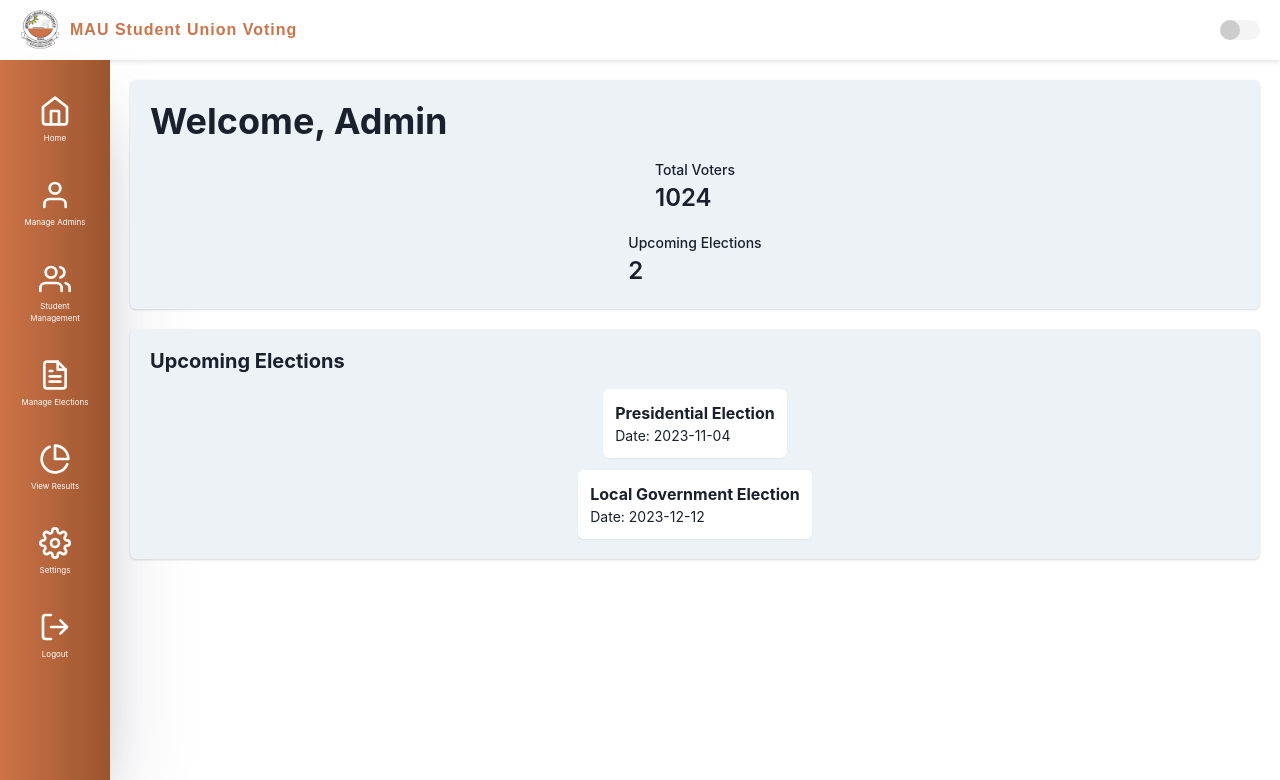
Repository: joena1o/e-vote
Page: /
These files come from the project's save history. The page is drawn as it stood at one moment and after the next save; the edit follows.
The browser window is 1280 px wide. The pictures show the whole page.
The project was rebuilt for these pictures with package versions that can differ from the ones it lists, and the page was loaded fresh each time. Also part of the build but not shown: src/components/EnhancedLogin.js, src/components/maincontent/RegisterStudents/ManageStudents.js, src/components/maincontent/RegisterStudents/RegisterStudents.js, src/components/maincontent/RegisterStudents/StudentManagement.js, src/components/maincontent/ElectionResults/ViewResults.js, src/components/maincontent/ElectionResults/report.js, src/components/maincontent/ElectionResults/ViewElectionResults.js, src/components/maincontent/Settings/Settings.js and 20 more.

Above is the page before, as saved 2023-11-01 22:54:41.

After the next save:
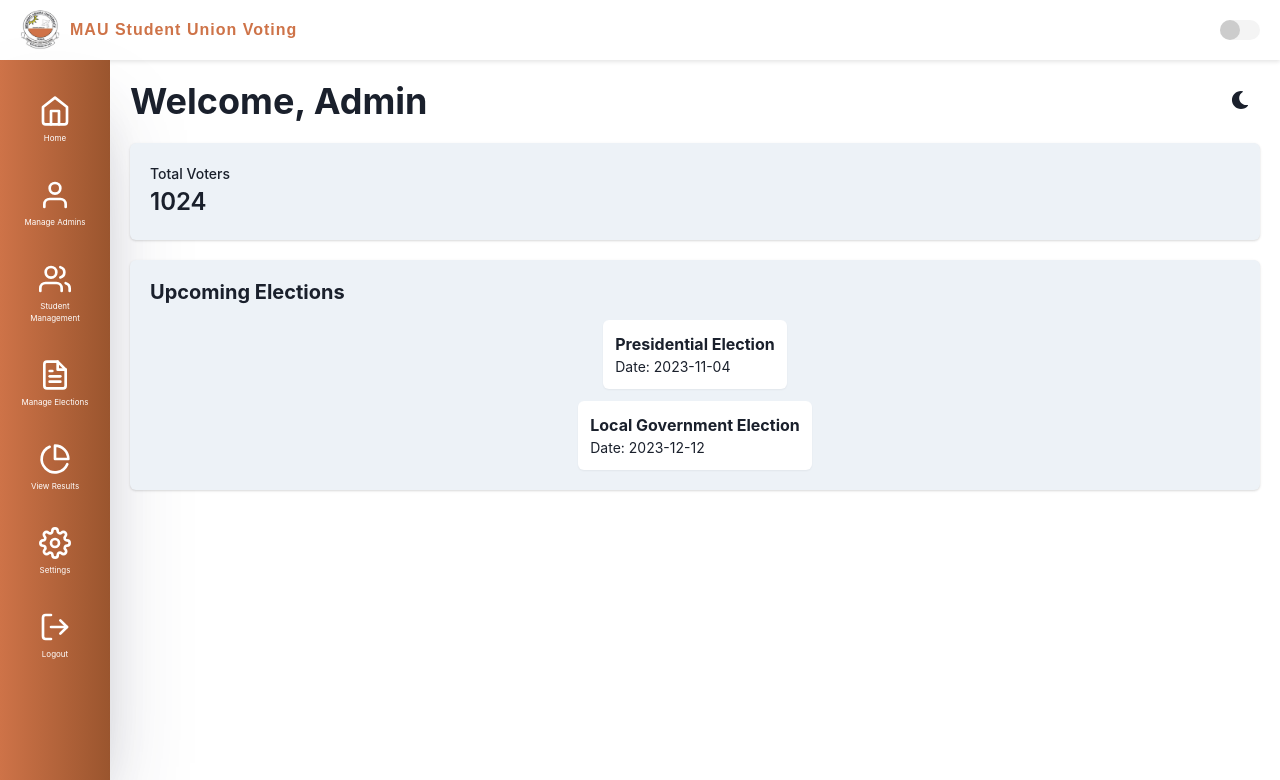
Saved 116 s later.
--- a/src/components/maincontent/home/Home.js
+++ b/src/components/maincontent/home/Home.js
@@ -10,16 +10,23 @@ import {
   StatNumber,
   Container,
   theme,
-  extendTheme,
+  CircularProgress,
+  CircularProgressLabel,
+  Flex,
+  Spacer,
+  Button,
+  useColorMode,
   useColorModeValue,
-  CircularProgress,
-  CircularProgressLabel
+  IconButton,
+  Icon,
 } from '@chakra-ui/react';
+import { FaSun, FaMoon } from 'react-icons/fa';
 
 // Extend the theme to include custom colors, fonts, etc
-const customTheme = extendTheme({
+const customTheme = {
+  ...theme,
   // Custom theme overrides go here
-});
+};
 
 // Mock API functions
 const fetchTotalVoters = async () => {
@@ -37,6 +44,7 @@ const fetchUpcomingElections = async () => {
 };
 
 const Home = () => {
+  const { colorMode, toggleColorMode } = useColorMode();
   const [adminName, setAdminName] = useState('Admin');
   const [totalVoters, setTotalVoters] = useState(null);
   const [upcomingElections, setUpcomingElections] = useState([]);
@@ -65,27 +73,35 @@ const Home = () => {
   }, []);
 
   const bgColor = useColorModeValue('gray.100', 'gray.700');
+  const textColor = useColorModeValue('gray.800', 'white');
 
   return (
     <ChakraProvider theme={customTheme}>
       <Container maxW="container.xl" p={5}>
+        <Flex mb={5}>
+          <Heading color={textColor}>Welcome, {adminName}</Heading>
+          <Spacer />
+          <IconButton
+            size="md"
+            fontSize="lg"
+            aria-label={`Switch to ${colorMode === 'light' ? 'dark' : 'light'} mode`}
+            variant="ghost"
+            color="current"
+            ml={{ base: '0', md: '3' }}
+            onClick={toggleColorMode}
+            icon={colorMode === 'light' ? <FaMoon /> : <FaSun />}
+          />
+        </Flex>
         <VStack spacing={5} align="stretch">
           <Box bg={bgColor} p={5} borderRadius="md" boxShadow="base">
-            <Heading mb={4}>Welcome, {adminName}</Heading>
-            <VStack spacing={4}>
-              <Stat>
-                <StatLabel>Total Voters</StatLabel>
-                <StatNumber>{totalVoters ?? <CircularProgress isIndeterminate color="green.300" />}</StatNumber>
-              </Stat>
-              <Stat>
-                <StatLabel>Upcoming Elections</StatLabel>
-                <StatNumber>{upcomingElections.length}</StatNumber>
-              </Stat>
-            </VStack>
+            <Stat>
+              <StatLabel>Total Voters</StatLabel>
+              <StatNumber>{totalVoters ?? <CircularProgress isIndeterminate color="green.300" />}</StatNumber>
+            </Stat>
           </Box>
 
           <Box bg={bgColor} p={5} borderRadius="md" boxShadow="base">
-            <Heading size="md" mb={4}>Upcoming Elections</Heading>
+            <Heading size="md" mb={4} color={textColor}>Upcoming Elections</Heading>
             {upcomingElections.length > 0 ? (
               <VStack spacing={3}>
                 {upcomingElections.map((election) => (
@@ -96,11 +112,9 @@ const Home = () => {
                 ))}
               </VStack>
             ) : (
-              <Text>No upcoming elections.</Text>
+              <Text color={textColor}>No upcoming elections.</Text>
             )}
           </Box>
-
-          {/* Additional UI components can be added here */}
         </VStack>
       </Container>
     </ChakraProvider>
